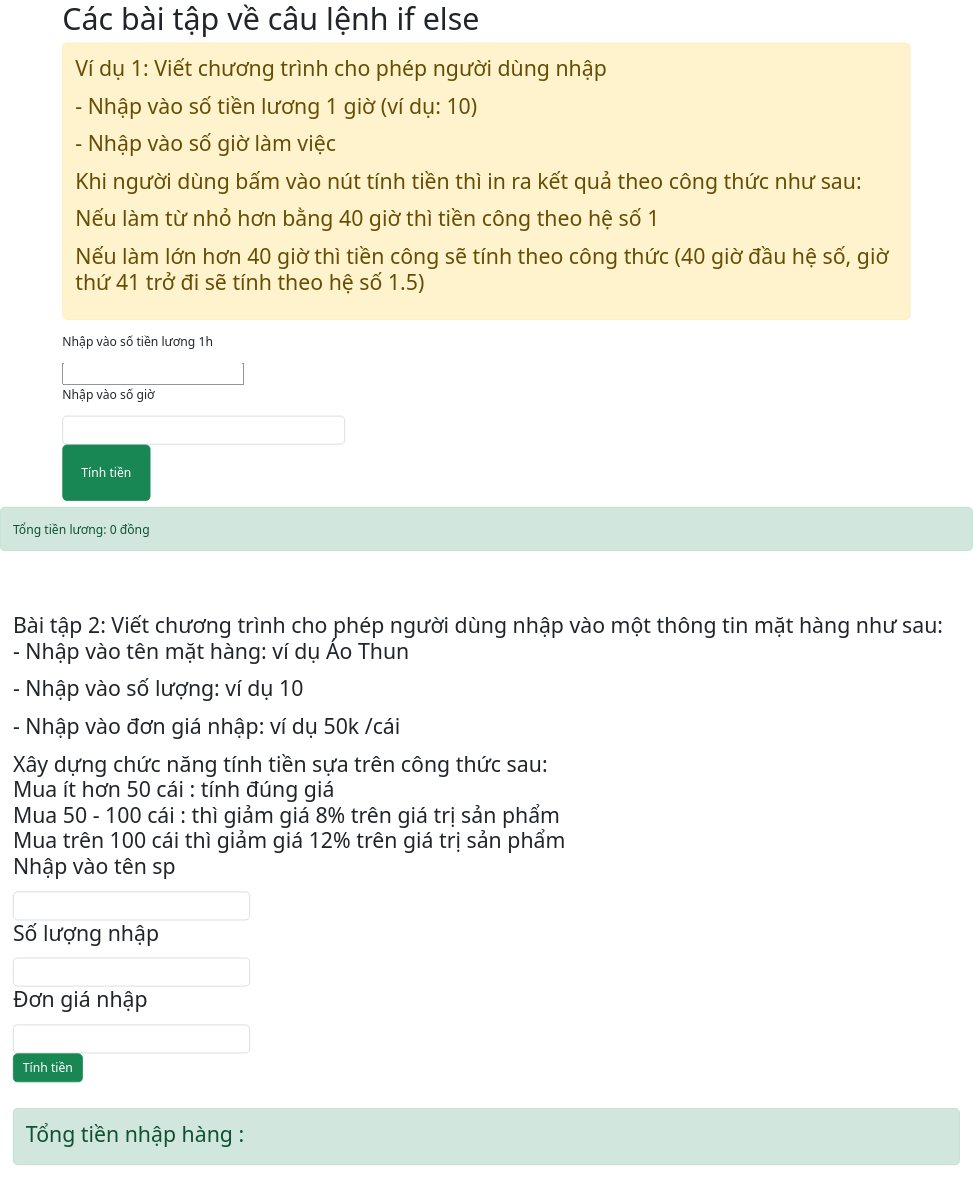
Repository: hcozyph/cyberSoft_JS_fulldocs
Page: JS_4/index.html
These files come from the project's save history. The page is drawn as it stood at one moment and after the next save; the edit follows.
The browser window is 1280 px wide. The pictures show the whole page, at 76% of full size.

Above is the page before, as saved 2023-02-03 20:24:56.

After the next save:
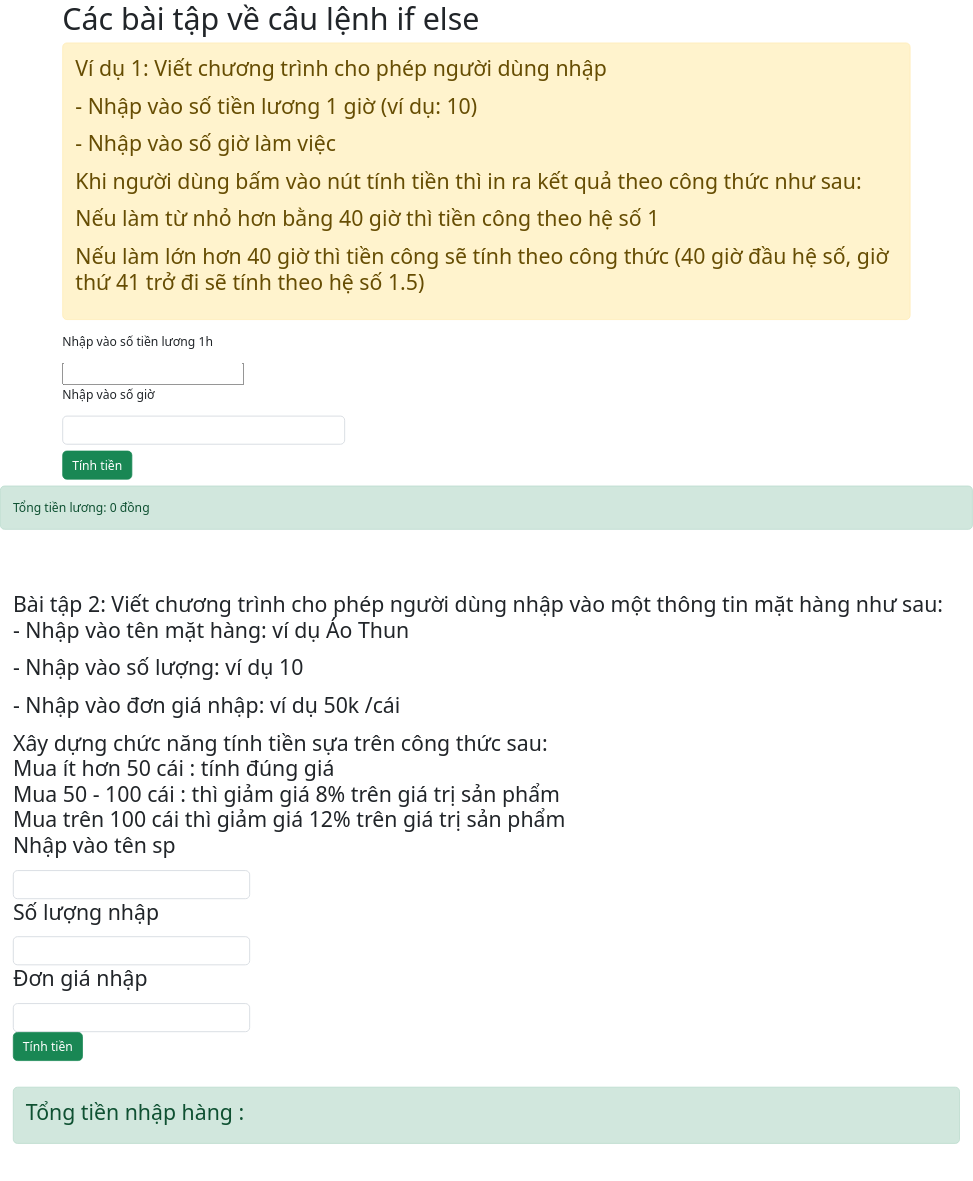
Saved 12 min 26 s later.
--- a/JS_4/index.html
+++ b/JS_4/index.html
@@ -58,7 +58,7 @@
                 <div class="col-4">
                     <button
                         id="btnTinhTien"
-                        class="btn btn-success d-inline-block p-4"
+                        class="btn btn-success d-inline-block mt-2"
                         onclick="tinhTienLuong()"
                     >
                         Tính tiền
